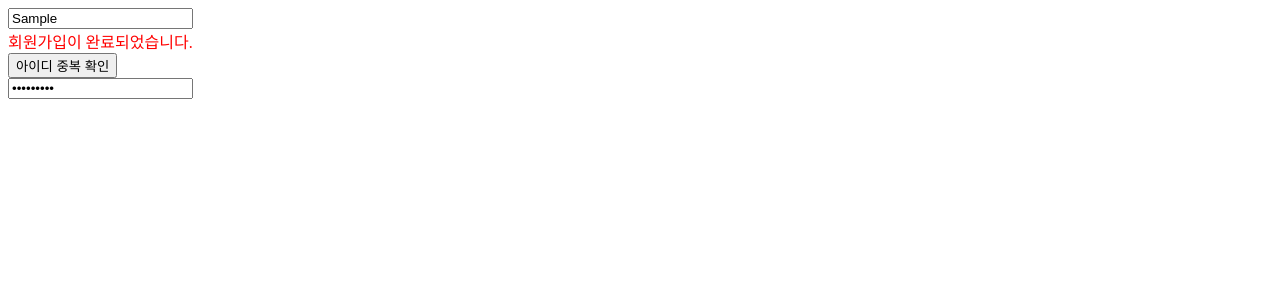
Repository: kimeuiyeob/KOPO_JSP_Study_2
Page: http://localhost/JspStudy/Ajax.jsp
These files come from the project's save history. The page is drawn as it stood at one moment and after the next save; the edit follows.
The browser window is 1280 px wide. The pictures show the whole page.
Empty fields were first filled with sample values (such as "Sample", 5 or name@example.com).
After loading, the first visible `#goAjax` was clicked once.
The page is served by Tomcat 9. Queries for data that is not in the repository find no rows.

Above is the page before, as saved 2023-06-21 00:06:34.

After the next save:
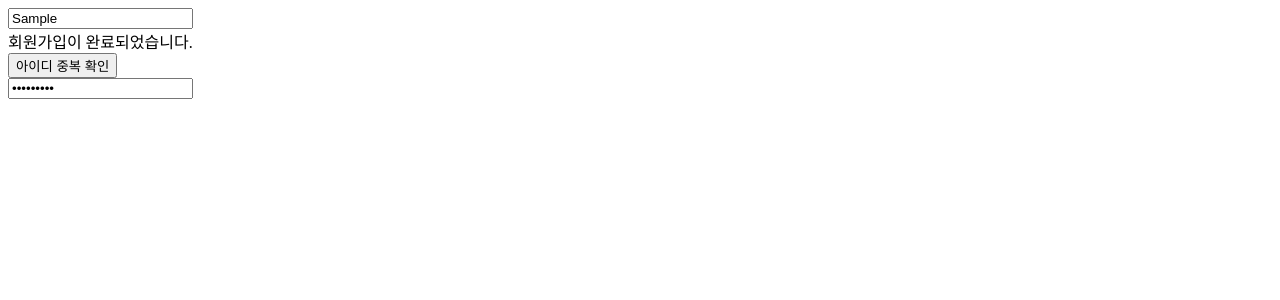
Saved 6 s later.
--- a/JspStudy/src/main/webapp/Ajax.jsp
+++ b/JspStudy/src/main/webapp/Ajax.jsp
@@ -30,7 +30,7 @@
 					if (result == "사용 불가능한 아이디 입니다!") {
 						$('#msg').css("color", "red");
 					} else {
-						$('#msg').css("color", "red");
+						$('#msg').css("color", "black");
 					}
 				},
 				error : function(request, status, error) {

After the 5 saves that followed:
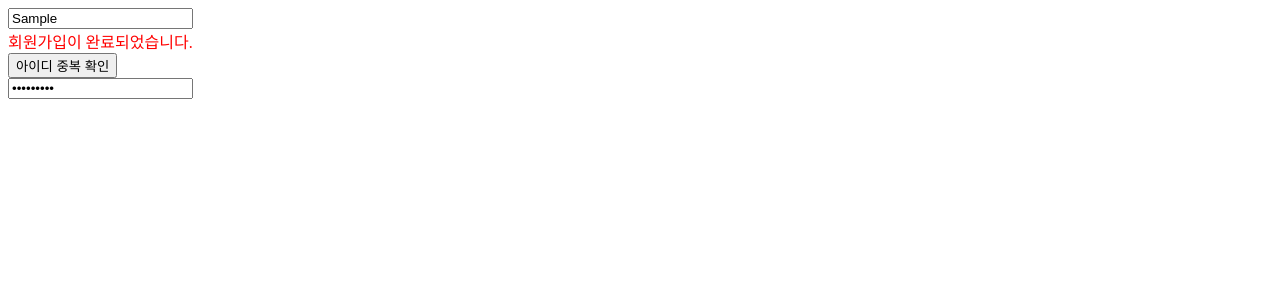
The 5 saves are shown as one change because 2 left the picture as it was and some came seconds apart.
The last was saved 80 s later.
--- a/JspStudy/src/main/webapp/Ajax.jsp
+++ b/JspStudy/src/main/webapp/Ajax.jsp
@@ -27,11 +27,7 @@
 				success : function(result) {
 					console.log("AJAX 성공");
 					$('#msg').html(result);
-					if (result == "사용 불가능한 아이디 입니다!") {
-						$('#msg').css("color", "red");
-					} else {
-						$('#msg').css("color", "black");
-					}
+					$('#msg').css("color", "red");
 				},
 				error : function(request, status, error) {
 					console.log("AJAX 실패");
